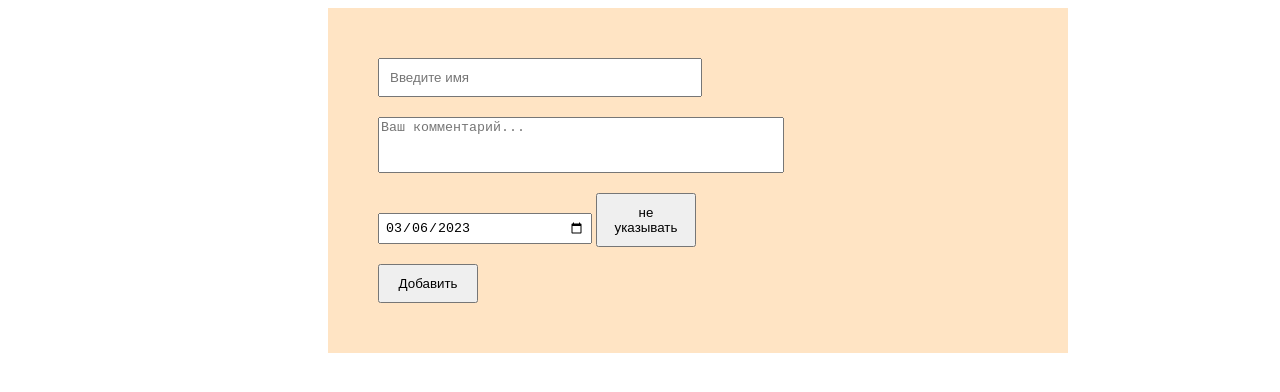
Repository: Grid-Master/commentList
Page: index.html
These files come from the project's save history. The page is drawn as it stood at one moment and after the next save; the edit follows.
The browser window is 1280 px wide. The pictures show the whole page.

Above is the page before, as saved 2023-03-06 21:58:46.

After the next save:
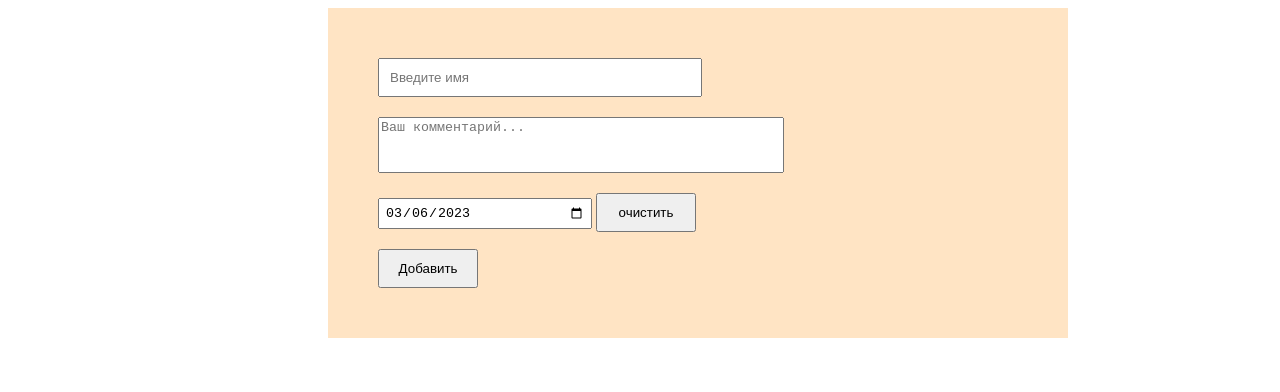
Saved 3 min 34 s later.
--- a/index.html
+++ b/index.html
@@ -45,7 +45,7 @@
       <textarea id="coment" placeholder="Ваш комментарий..." required></textarea>
       <div>
         <input type="date" id="date" />
-        <button onclick="clearDate()">не указывать</button>
+        <button onclick="clearDate()">очистить</button>
       </div>
       <button type="submit">Добавить</button>
     </form>
